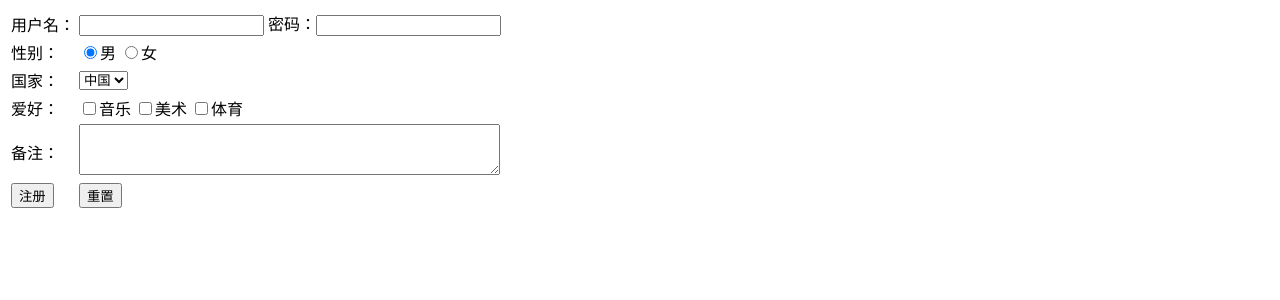
Repository: Lansefanggezi/JavaWeb
Page: HelloServlet/WebContent/Register.html
An editor plug-in stored every save of this project. The page is shown before and after the next save, followed by the edit.
The browser window is 1280 px wide. The pictures show the whole page.

Above is the page before, as saved 2018-03-29 08:44:23.

After the next save:
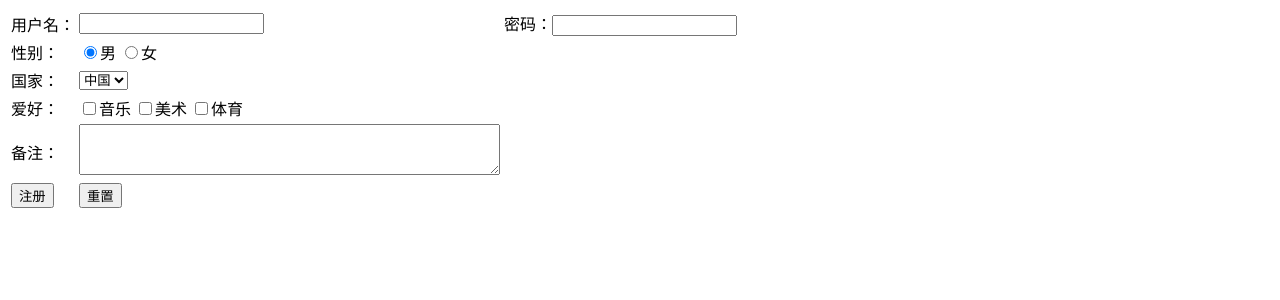
Saved 17 s later.
--- a/HelloServlet/WebContent/Register.html
+++ b/HelloServlet/WebContent/Register.html
@@ -13,7 +13,7 @@
 			</td>
 		<td><input type="text" name="userName" >
 
-			密码：<input type="password" name="password">
+			<td>密码：<input type="password" name="password">
 		</td>
 	</tr>
 	<tr>
